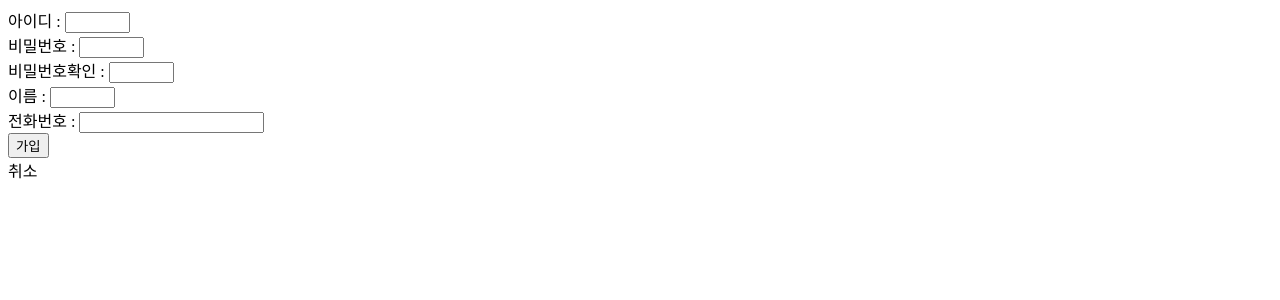
Repository: SeungMok/login_practice
Page: Login_practice/WebContent/join.html
These files come from the project's save history. The page is drawn as it stood at one moment and after the next save; the edit follows.
The browser window is 1280 px wide. The pictures show the whole page.

Above is the page before, as saved 2020-03-14 11:08:45.

After the next save:
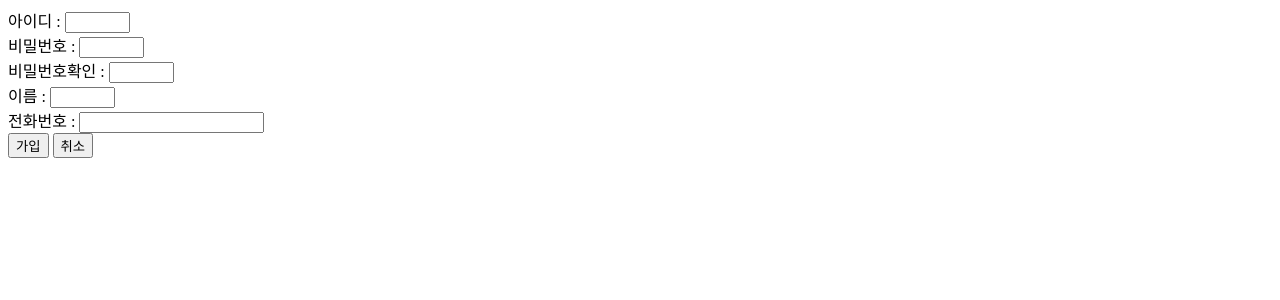
Saved 61 s later.
--- a/Login_practice/WebContent/join.html
+++ b/Login_practice/WebContent/join.html
@@ -12,8 +12,7 @@
 		이름 : <input type="text" name="name" size=5></br>
 		전화번호 : <input type="text" name="phone" size=20></br>
 		<input type="submit" value="가입">
-
+		<input type="reset" value="취소">
 	</form>
-	<a herf="index.html">취소</a>
 </body>
 </html>
